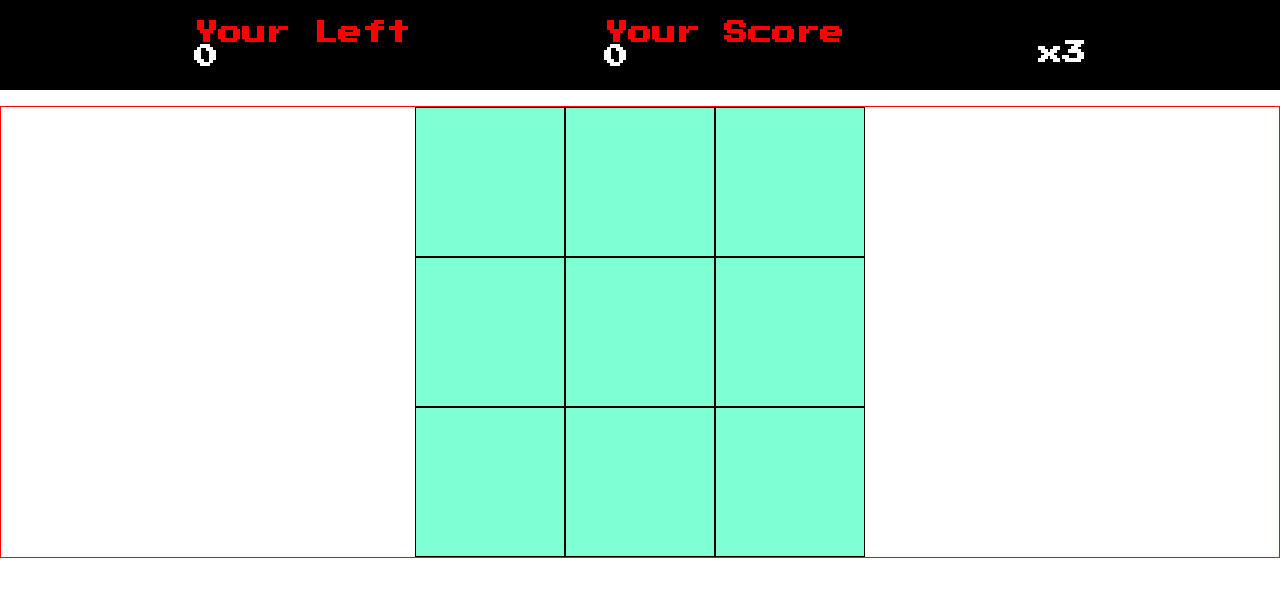
Repository: Zoemateus324/detona-ralph-js
Page: index.html
An editor plug-in stored every save of this project. The page is shown before and after the next save, followed by the edit.
The browser window is 1280 px wide. The pictures show the whole page.

Above is the page before, as saved 2024-11-26 09:03:54.

### index.html
<!DOCTYPE html>
<html lang="en">

<head>
    <!-- Settings -->
    <meta charset="UTF-8">
    <meta name="viewport" content="width=device-width, initial-scale=1.0">
    <title>Detona Ralph</title>

    <!-- Fonts -->
    <link rel="preconnect" href="https://fonts.googleapis.com">
    <link rel="preconnect" href="https://fonts.gstatic.com" crossorigin>
    <link href="https://fonts.googleapis.com/css2?family=Press+Start+2P&display=swap" rel="stylesheet">

    <!-- Styles -->
    <link rel="stylesheet" href="./src/styles/reset.css">
    <link rel="stylesheet" href="./src/styles/main.css">
</head>

<body>

    <div class="container">
        <div class="menu">
            <div class="menu-time">
                <h2 style="color: red;">Your Left</h2>
                <h2>0</h2>

            </div>
            <div class="menu-score">
                <h2 style="color: red;">Your Score</h2>
                <h2>0</h2>
            </div>
            <div class="menu-lives">
                <img src="">
                <h2>x3</h2>
            </div>
        </div>





        <div class="panel">
            <div class="panel-row">
                <div class="square enemy" id="1"></div>
                <div class="square" id="2"></div>
                <div class="square" id="3"></div>
            </div>
            <div class="panel-row">
                <div class="square" id="4"></div>
                <div class="square" id="5"></div>
                <div class="square" id="6"></div>
            </div>
            <div class="panel-row">
                <div class="square" id="7"></div>
                <div class="square" id="8"></div>
                <div class="square" id="9"></div>
            </div>
        </div>


        <script defer src="./src/scripts/main.js"></script>
</body>



</html>

### src/styles/reset.css
*{
    margin:0;
    padding:0;
    box-sizing:border-box;
    /* font-family: "Bebas Neue", sans-serif; */
    font-family: "Press Start 2P", cursive;
}

### src/styles/main.css
.container{
    display: flex;
    flex-direction:column;
    height:100vh;
}

.menu{
    display:flex;
    justify-content:space-evenly;
    align-items:center;


    height:90px;
    width:100%;
    background-color:#000000;
    color:  #ffffff;
}

.panel{
    display:flex;
    margin-top:1rem;
    align-items:center;
    justify-content:center;
    border: 1px solid #ff0000;

}
.square{
    height:150px;
    width:150px;
    background-color:#7fffd4;
    border:1px solid #000000;
}

Loaded but not shown: src/scripts/main.js (no stored copy; drawn as an empty file)

After the next save:
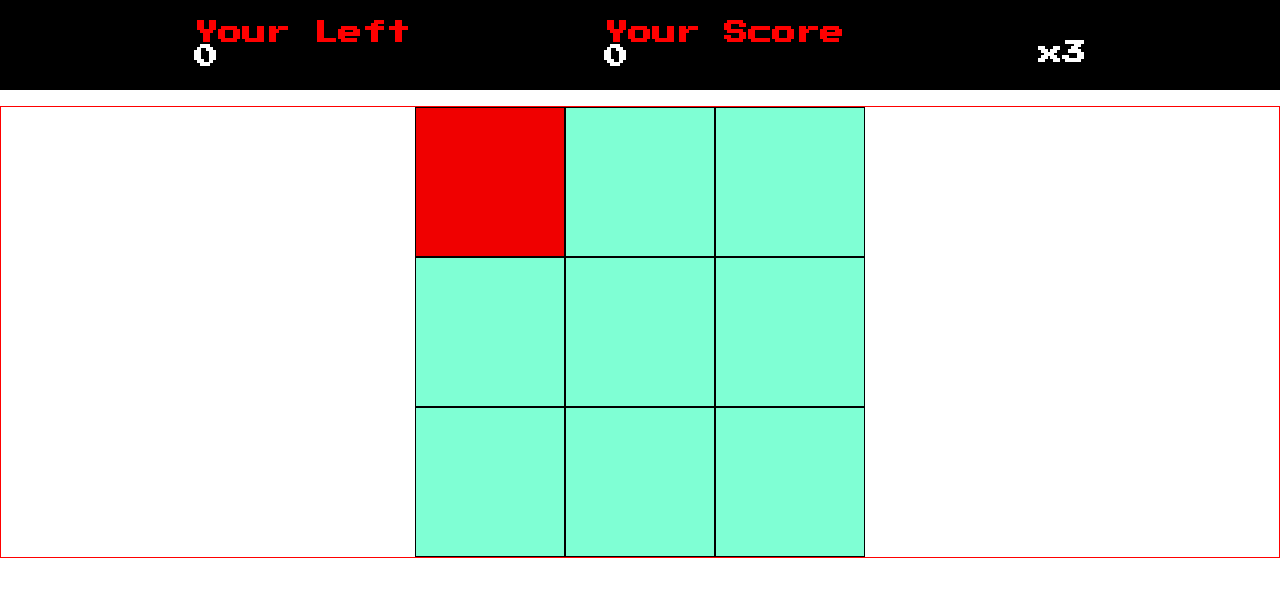
Saved 26 s later.
--- a/src/styles/main.css
+++ b/src/styles/main.css
@@ -30,3 +30,6 @@
     background-color:#7fffd4;
     border:1px solid #000000;
 }
+.enemy{
+    background-color:#f00000;
+}
